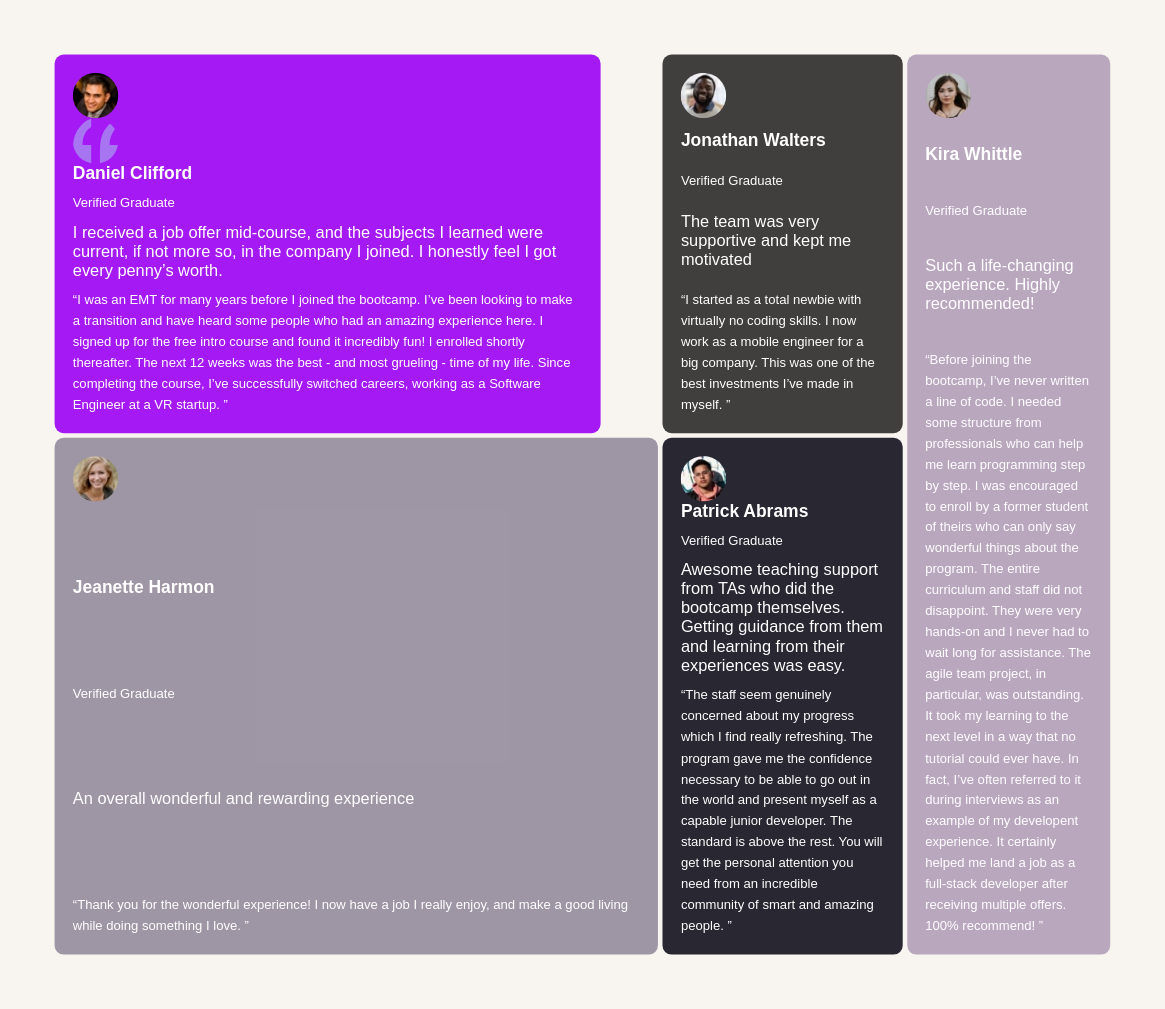
Repository: MagedElRefaey/Grid-Project
Page: Task.html
The author's editor kept a copy of each file at every save. The page is drawn from the files as they stood at one save, then again after the next save.
The browser window is 1280 px wide. The pictures show the whole page, at 91% of full size.

Above is the page before, as saved 2024-09-13 23:40:49.

### Task.html
<!DOCTYPE html>
<html lang="en">
<head>
    <link rel ="stylesheet" href="./Style.css">
    <meta charset="UTF-8">
    <meta name="viewport" content="width=device-width, initial-scale=1.0">
    <title>Document</title>
</head>
<body>
    <div class="Container">
        <div class="Card David"> <img src = "images/image-daniel.jpg">
            <img class="Quotation" src = "images/bg-pattern-quotation.svg">
            <h3>Daniel Clifford</h3>
            <p>Verified Graduate</p>
            <blockquote>
            I received a job offer mid-course, and the subjects I learned were current, if not more so,
            in the company I joined. I honestly feel I got every penny’s worth.</blockquote>

            <p>“I was an EMT for many years before I joined the bootcamp. I’ve been looking to make a
            transition and have heard some people who had an amazing experience here. I signed up
            for the free intro course and found it incredibly fun! I enrolled shortly thereafter.
            The next 12 weeks was the best - and most grueling - time of my life. Since completing
            the course, I’ve successfully switched careers, working as a Software Engineer at a VR startup. ”</p></div>
        <div class="Card Jonathan"><img src = "images/image-jonathan.jpg">
            <h3>Jonathan Walters</h3>
            <p>Verified Graduate</p>

            <blockquote>The team was very supportive and kept me motivated</blockquote>

            <p>“I started as a total newbie with virtually no coding skills. I now work as a mobile engineer
            for a big company. This was one of the best investments I’ve made in myself. ”</p></div>
        <div class="Card Jeanette"> <img src = "images/image-jeanette.jpg">
            <h3>Jeanette Harmon</h3>
            <p>Verified Graduate</p>

            <blockquote>An overall wonderful and rewarding experience</blockquote>

            <p>“Thank you for the wonderful experience! I now have a job I really enjoy, and make a good living
            while doing something I love. ” </p> </div>

        <div class="Card Patrick"><img src="images/image-patrick.jpg">
            <h3>Patrick Abrams</h3>
            <p>Verified Graduate</p>

            <blockquote>Awesome teaching support from TAs who did the bootcamp themselves. Getting guidance from them and
            learning from their experiences was easy.</blockquote>

            <p>“The staff seem genuinely concerned about my progress which I find really refreshing. The program
            gave me the confidence necessary to be able to go out in the world and present myself as a capable
            junior developer. The standard is above the rest. You will get the personal attention you need from
            an incredible community of smart and amazing people. ”</p>
           </div>
        <div class="Card Kira"><img src="images/image-kira.jpg">
            <h3>Kira Whittle</h3>
            <p>Verified Graduate</p>

            <blockquote>Such a life-changing experience. Highly recommended!</blockquote>

            <p>“Before joining the bootcamp, I’ve never written a line of code. I needed some structure from
            professionals who can help me learn programming step by step. I was encouraged to enroll by a former
            student of theirs who can only say wonderful things about the program. The entire curriculum and staff
            did not disappoint. They were very hands-on and I never had to wait long for assistance. The agile team
            project, in particular, was outstanding. It took my learning to the next level in a way that no tutorial
            could ever have. In fact, I’ve often referred to it during interviews as an example of my developent
            experience. It certainly helped me land a job as a full-stack developer after receiving multiple offers.
            100% recommend! ”</p> </div>
    </div>
</body>
</html>

### Style.css
*{
    margin:0;
    padding: 0;
    box-sizing: border-box;
    font-family: Arial, sans-serif;
}
body{
    background-color: rgb(248, 245, 240);
    padding: 20px;
}
.Container {
    padding: 40px;
    display: grid;
    grid-template-columns: repeat(4,1fr);
    grid-template-columns: auto auto;
    grid-template-areas: "David  Jonathan Jonathan Kira"
                        "Jeanette Patrick Patrick Kira";
    gap: 5px;

}
.Card{
    padding: 20px;
    border-radius: 10px;
    color: white;
    display: flex;
    flex-direction: column;
    justify-content: space-between;
    align-items: start;
}
.Card img{
    width: 50px;
    height: 50px;
    border-radius: 50%;
    object-fit: cover;

}
.David{
    grid-area:David;
    background-color: #9c00f7e5;
    width: 600px;
}
.Jonathan{
    grid-area:Jonathan;
    background-color: #1d1c1bd5;

}
.Jeanette{
    grid-area:Jeanette;
    background-color: #968c9ee5;
}
.Patrick{
    grid-area:Patrick;
    background-color: #11101de5;
}
.Kira{
    grid-area:Kira;
    background-color: #b39fb9e5;
}
h3{
    margin-bottom: 10px;
    font-size: 1.2rem;
}
p{
    font-size: 0.9rem;
    line-height: 1.6;

}
blockquote {
font-style: times;
font-size:18px;
color: white;
margin: 10px 0;
}

.Quotation{

}

@media  (max-width<=780px){
    .Container{
        grid-template-columns: repeat(2,1fr);
        grid-template-areas:
        "David David"
        "Jonathan Jonathan"
        "Jeanette Jeanette"
        "Patrick" "Patrick"
        "Kira Kira";
    }
    .root{
        font-family: 12px;
    }
}
@media  (max-width:380px){
    .Container{
        grid-template-columns: 1fr;
        grid-template-areas:
        "David"
        "Jonathan"
        "Jeanette"
        "Patrick"
        "Kira";
    }
    .root{
        font-family: 12px;
    }

}

After the next save:
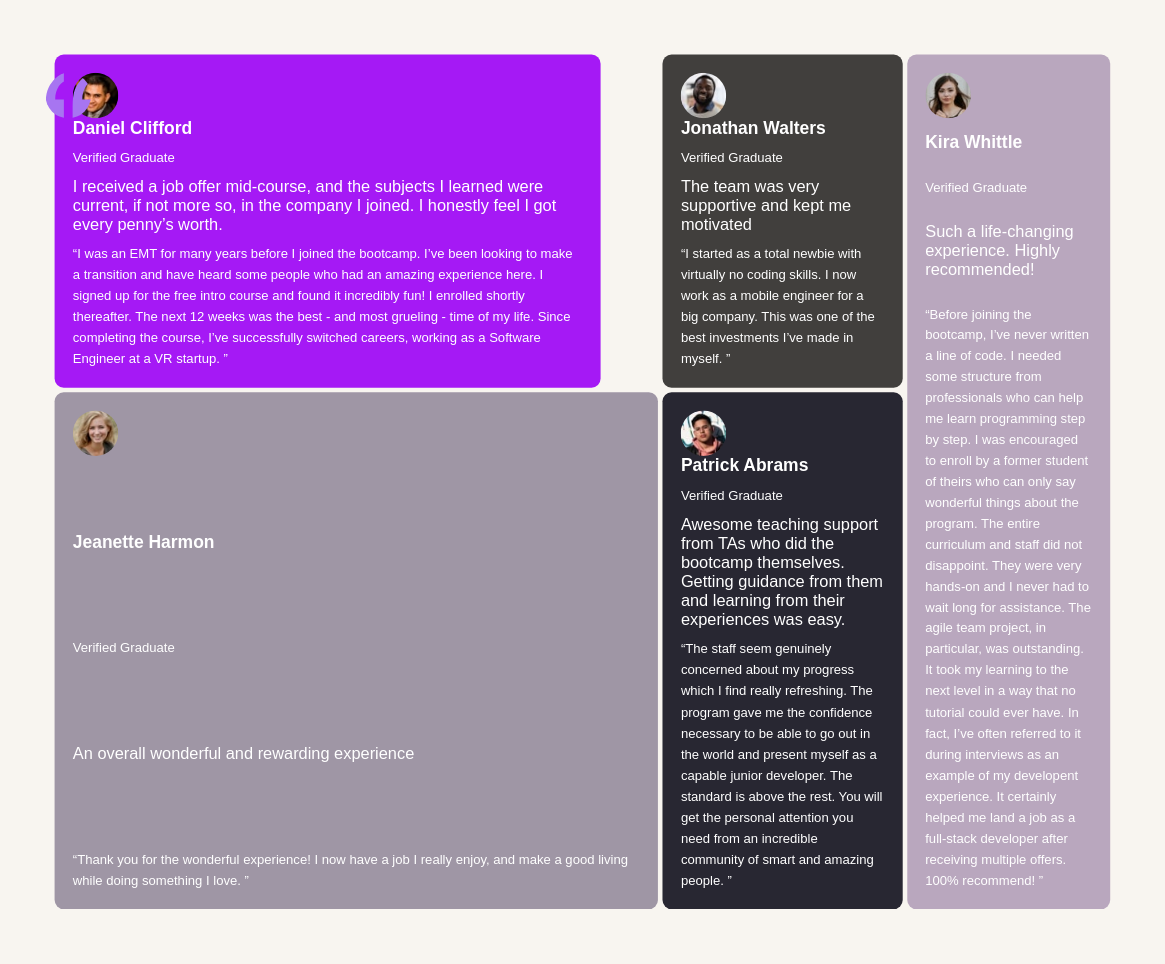
Saved 13 s later.
--- a/Style.css
+++ b/Style.css
@@ -73,7 +73,8 @@ margin: 10px 0;
 }
 
 .Quotation{
-
+    position: absolute;
+    left: 50px;
 }
 
 @media  (max-width<=780px){
